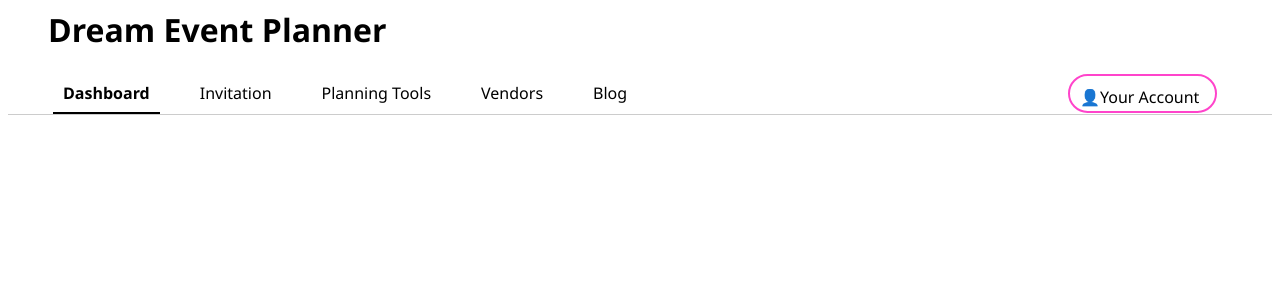
Repository: rajeshwari16945/Dream_Event_planner
Page: dep-admin-vendor-svc/src/main/resources/static/html/userNavigation.html
The author's editor kept a copy of each file at every save. The page is drawn from the files as they stood at one save, then again after the next save.
The browser window is 1280 px wide. The pictures show the whole page.

Above is the page before, as saved 2025-03-08 17:27:52.

### dep-admin-vendor-svc/src/main/resources/static/html/userNavigation.html
<!DOCTYPE html>
<html>
	<head>
		<meta charset="utf-8">
		<title>Dream Event Planner</title>
		<link type="text/css" rel="stylesheet" href="../css/style.css">
		<script>
		    document.addEventListener("DOMContentLoaded", function () {
		        // Get the current page URL
		        let currentPage = window.location.pathname.split("/").pop();
		        // Select all navigation links
		        let navLinks = document.querySelectorAll(".user-nav-menu a");
		        // Loop through links and add the 'active' class if the href matches the page
		        navLinks.forEach(link => {
		            if (link.getAttribute("href") === currentPage) {
		                link.classList.add("active");
		            }
		        });
		    });
		</script>
	</head>
	<body>
		<div class="user_nav_main">
			<h1 class="top-heading">Dream Event Planner</h1>
			<div class="topnav">
                <div class="float-left">
					<ul class="user-nav-menu">
	                    <li><a class="nav-items active" href="dashboard.html">Dashboard</a></li>
	                    <li><a class="nav-items" href="invitation.html">Invitation</a></li>
						<li><a class="nav-items" href="BudgetPlanner.html">Planning Tools</a></li>
	                    <li class="dropdown">
							<a href="">Vendors</a>
							<ul class="dropdown-menu">
				                <li><a href="VendorList.html?type=Venue">Venue</a></li>
				                <li><a href="VendorList.html?type=Catering">Catering</a></li>
				                <li><a href="VendorList.html?type=Photographer">Photographers</a></li>
				            </ul>
						</li>
	                    <li><a class="nav-items" href="">Blog</a></li>

					</ul>
                </div>
                <div class="float-right">
					<ul class="user-nav-menu">
						<li class="dropdown">
							<a href="" class="account-menu">👤Your Account</a>
							<ul class="dropdown-menu">
								<li><a href="UserSettings.html">Account Settings</a></li>
								<li><button id="logoutButton">Log out</button></li>
							</ul>
						</li>
					</ul>
                </div>
            </div>
		</div>
	</body>
</html>

Loaded but not shown: dep-admin-vendor-svc/src/main/resources/static/css/style.css (2134 lines, source omitted)

After the next save:
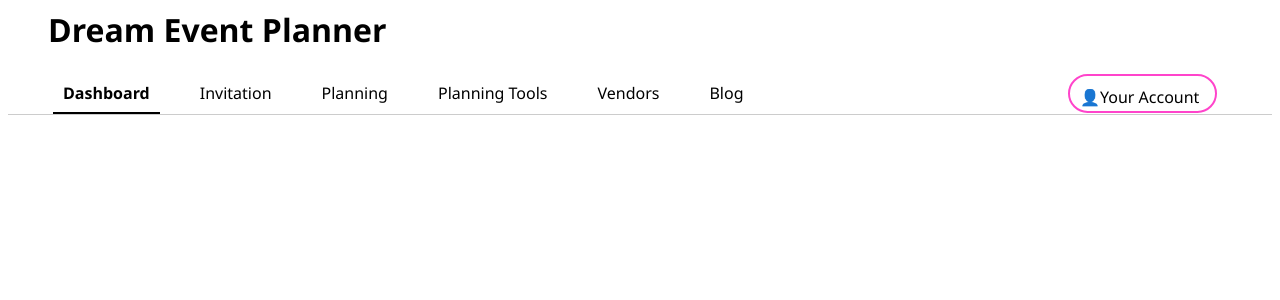
Saved 4 min 33 s later.
--- a/dep-admin-vendor-svc/src/main/resources/static/html/userNavigation.html
+++ b/dep-admin-vendor-svc/src/main/resources/static/html/userNavigation.html
@@ -27,6 +27,7 @@
 					<ul class="user-nav-menu">
 	                    <li><a class="nav-items active" href="dashboard.html">Dashboard</a></li>
 	                    <li><a class="nav-items" href="invitation.html">Invitation</a></li>
+						<li><a class="nav-items" href="PlanningTool.html">Planning</a></li>
 						<li><a class="nav-items" href="BudgetPlanner.html">Planning Tools</a></li>
 	                    <li class="dropdown">
 							<a href="">Vendors</a>
